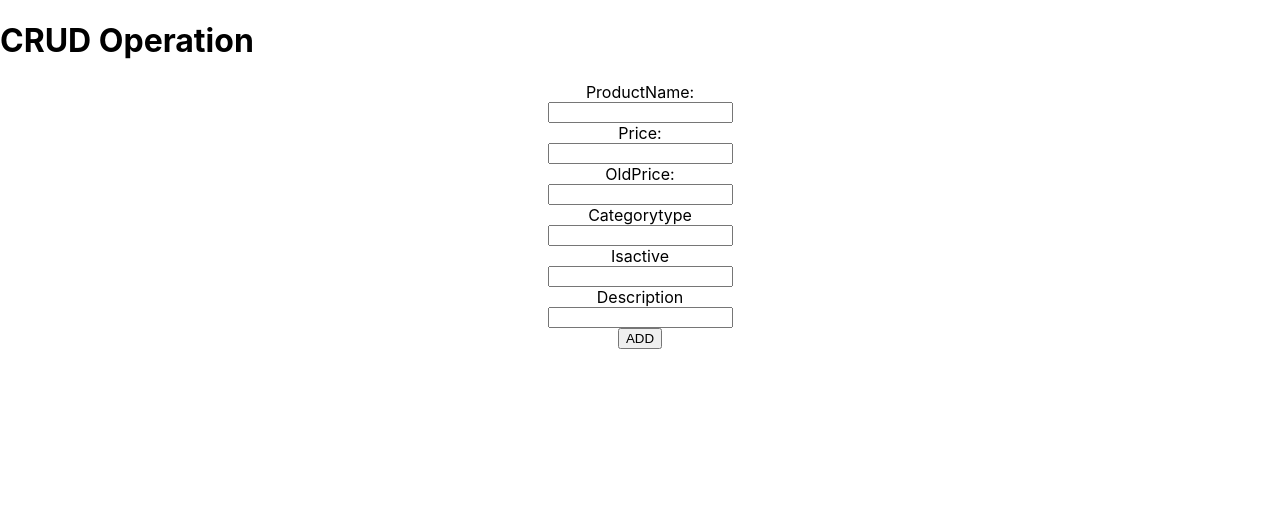
Repository: Josephkennedy603/Tridots-CRUD
Page: /
An editor plug-in stored every save of this project. The page is shown before and after the next save, followed by the edit.
The browser window is 1280 px wide. The pictures show the whole page.
The project was rebuilt for these pictures with package versions that can differ from the ones it lists, and the page was loaded fresh each time.

Above is the page before, as saved 2024-09-20 16:36:40.

After the next save:
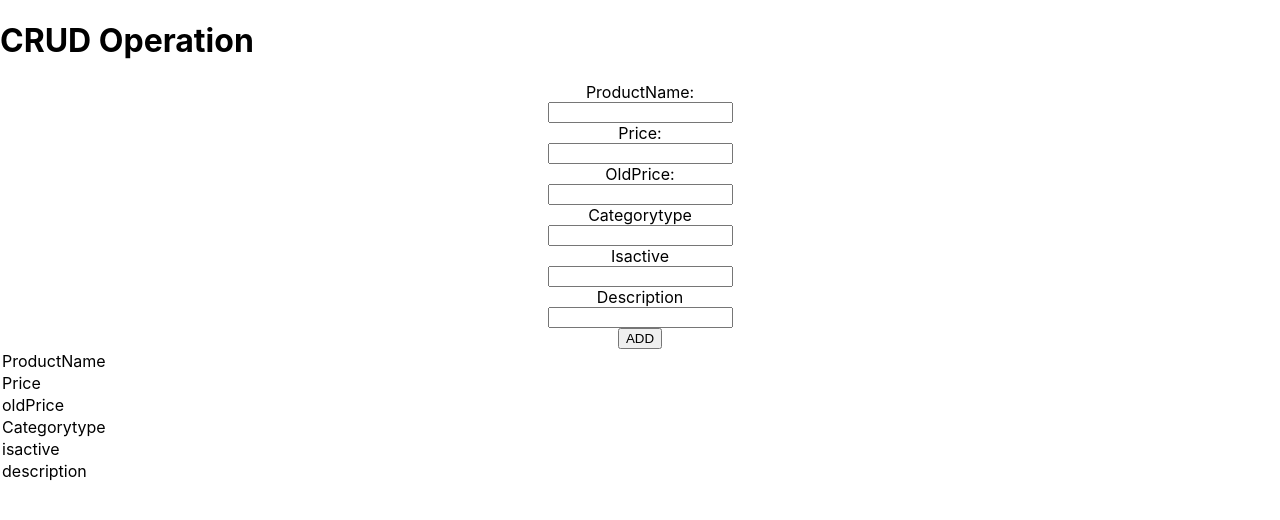
Saved 50 s later.
--- a/src/App.jsx
+++ b/src/App.jsx
@@ -26,7 +26,12 @@ function App() {
     description, */}
       <table>
         <tbody>
-          <tr></tr>
+          <tr>ProductName</tr>
+          <tr>Price</tr>
+          <tr>oldPrice</tr>
+          <tr>Categorytype</tr>
+          <tr>isactive</tr>
+          <tr>description</tr>
         </tbody>
       </table>
     </div>
